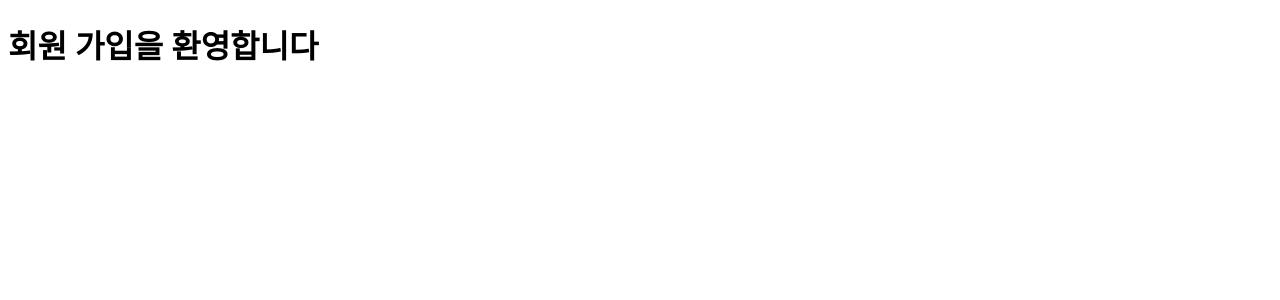
Repository: claddds/2023_webstudy
Page: 01_html/src/main/webapp/day04/ex03_test01.html
These files come from the project's save history. The page is drawn as it stood at one moment and after the next save; the edit follows.
The browser window is 1280 px wide. The pictures show the whole page.

Above is the page before, as saved 2023-06-22 03:06:40.

### 01_html/src/main/webapp/day04/ex03_test01.html
<!DOCTYPE html>
<html>
<head>
<meta charset="UTF-8">
<title>회원가입</title>
</head>
<body>
	<h1>회원 가입을 환영합니다</h1>
	<form>

	</form>
</body>
</html>

After the next save:
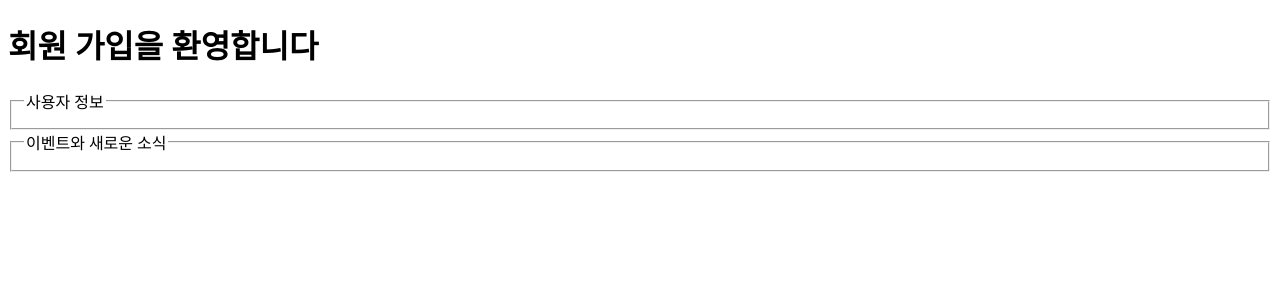
Saved 2 min 13 s later.
--- a/01_html/src/main/webapp/day04/ex03_test01.html
+++ b/01_html/src/main/webapp/day04/ex03_test01.html
@@ -7,7 +7,12 @@
 <body>
 	<h1>회원 가입을 환영합니다</h1>
 	<form>
-
+		<fieldset>
+			<legend>사용자 정보</legend>
+		</fieldset>
+		<fieldset>
+			<legend>이벤트와 새로운 소식</legend>
+		</fieldset>
 	</form>
 </body>
 </html>
